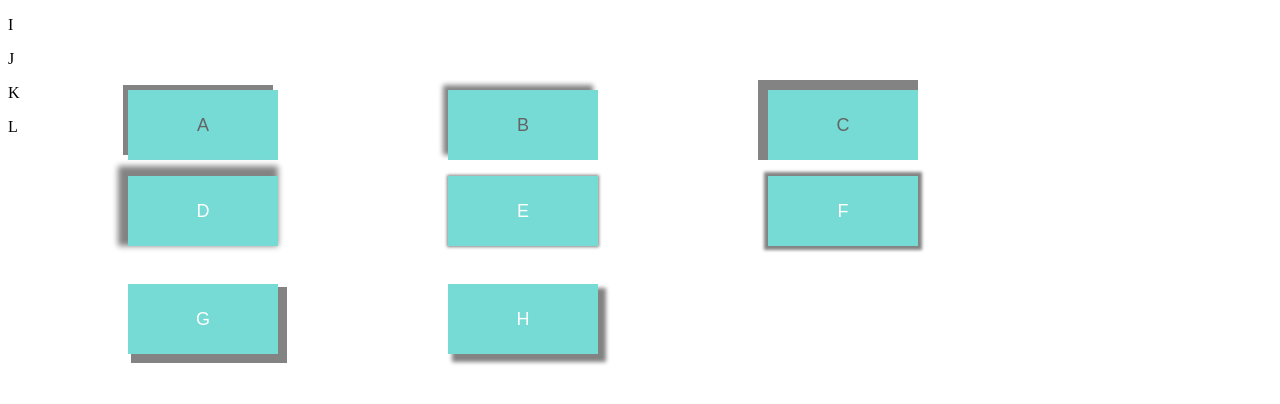
Repository: ThePerez/ArgProg
Page: Practicas ArgProg/Practica 3/Ejercicio 8/index.html
An editor plug-in stored every save of this project. The page is shown before and after the next save, followed by the edit.
The browser window is 1280 px wide. The pictures show the whole page.

Above is the page before, as saved 2023-03-20 18:11:51.

After the next save:
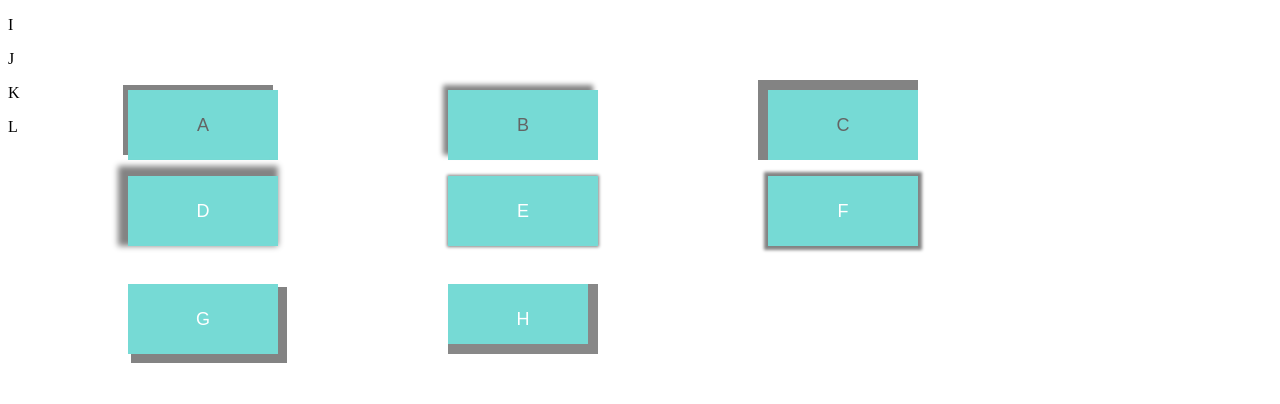
Saved 4 min 38 s later.
--- a/Practicas ArgProg/Practica 3/Ejercicio 8/styles.css
+++ b/Practicas ArgProg/Practica 3/Ejercicio 8/styles.css
@@ -123,7 +123,7 @@
      color: #ffffff;
      font-size: 18px;
      background: rgb(118, 218, 213);
-     box-shadow: 6px 6px 4px 2px #838383;
+     box-shadow: inset -5px -5px 0 5px #888;;
      width: 150px;
      height: 70px;
      position: absolute;
